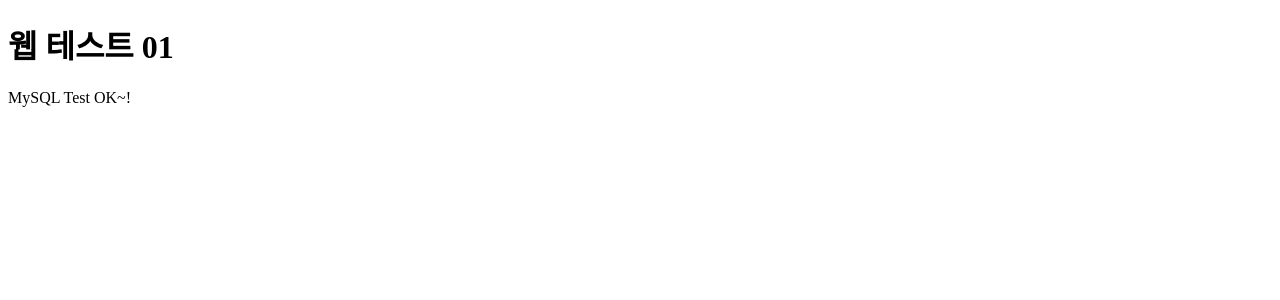
Repository: HyoJun-A/java8
Page: http://localhost/test01/
These files come from the project's save history. The page is drawn as it stood at one moment and after the next save; the edit follows.
The browser window is 1280 px wide. The pictures show the whole page.
The page is served by Tomcat 9.

Above is the page before, as saved 2022-08-30 06:35:40.

After the next save:
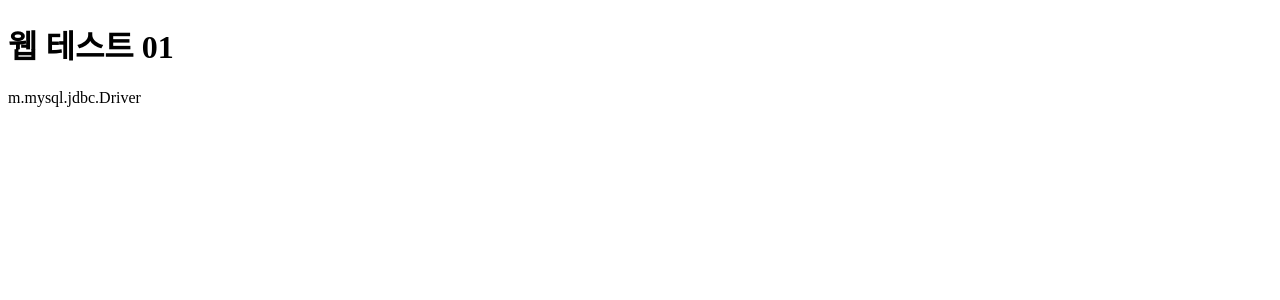
Saved 5 s later.
--- a/test01/WebContent/index.jsp
+++ b/test01/WebContent/index.jsp
@@ -16,7 +16,7 @@
 	Connection conn;
 	Statement stmt;
 	try {
-		Class.forName("com.mysql.jdbc.Driver");
+		Class.forName("m.mysql.jdbc.Driver");
 		conn = DriverManager.getConnection(DB_URL, DB_USER, DB_PW);
 		stmt = conn.createStatement();
 		conn.close();

After the save that followed:
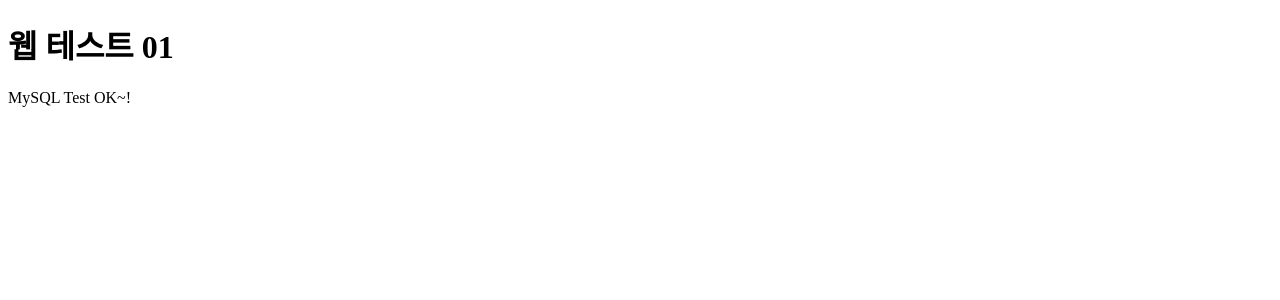
Saved 19 s later.
--- a/test01/WebContent/index.jsp
+++ b/test01/WebContent/index.jsp
@@ -16,7 +16,7 @@
 	Connection conn;
 	Statement stmt;
 	try {
-		Class.forName("m.mysql.jdbc.Driver");
+		Class.forName("com.mysql.jdbc.Driver");
 		conn = DriverManager.getConnection(DB_URL, DB_USER, DB_PW);
 		stmt = conn.createStatement();
 		conn.close();
